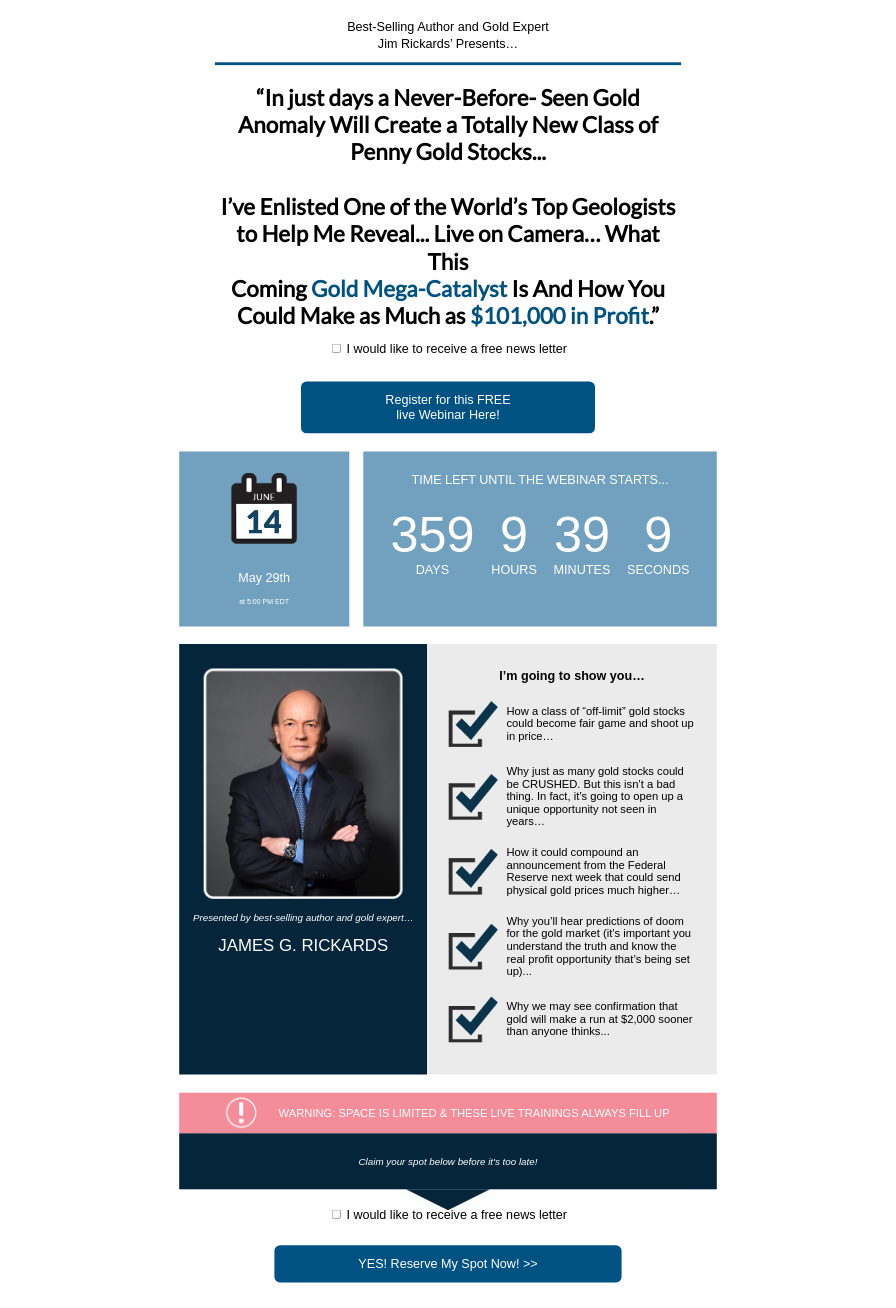
Repository: KrystellBarraza/Test
Page: index.html
An editor plug-in stored every save of this project. The page is shown before and after the next save, followed by the edit.
The browser window is 1280 px wide. The pictures show the whole page, at 70% of full size.

Above is the page before, as saved 2019-10-07 13:56:23.

After the next save:
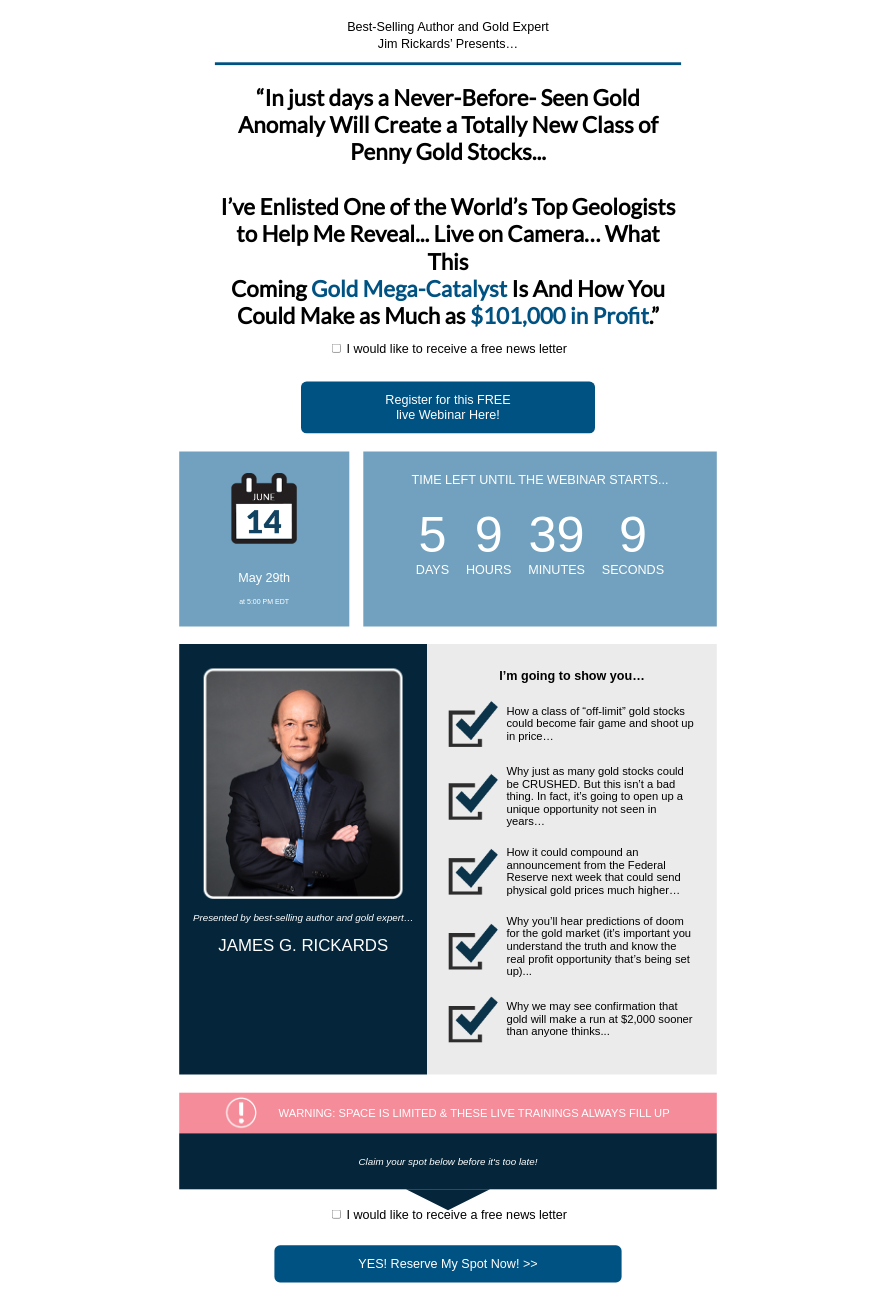
Saved 30 s later.
--- a/app.js
+++ b/app.js
@@ -14,7 +14,7 @@
     day = hour * 24;
 
 // Begin countdown from this point in time using Date.now()
-let countDown = new Date('Sep 30, 2020 00:00:00').getTime(),
+let countDown = new Date('Oct 12, 2019 00:00:00').getTime(),
     x = setInterval(function() {
 
       let now = new Date().getTime(),
